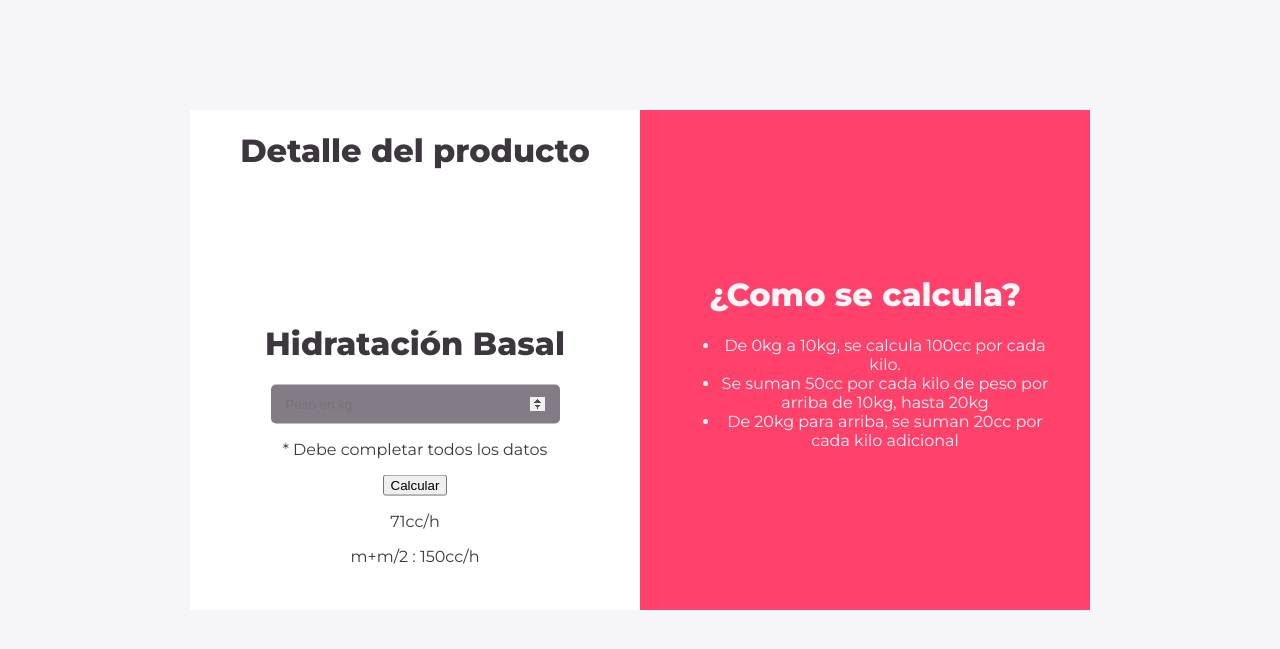
Repository: Fredy452/calculadora_basal
Page: index.html
These files come from the project's save history. The page is drawn as it stood at one moment and after the next save; the edit follows.
The browser window is 1280 px wide. The pictures show the whole page.
The pointer rests on the first visible `input`.

Above is the page before, as saved 2023-04-21 07:55:48.

### index.html
<!DOCTYPE html>
<html lang="en">
<head>
    <meta charset="UTF-8">
    <meta http-equiv="X-UA-Compatible" content="IE=edge">
    <meta name="viewport" content="width=device-width, initial-scale=1.0">
    <title>Calculadora de hidratación</title>
    <link rel="stylesheet" href="style.css">
</head>
<body>
    <div id="contenedor">
        <div id="calculadora">
            <h1>Detalle del producto</h1>
            <div class="contenido">
                <h1>Hidratación Basal</h1>
                <input type="number" name="peso" id="peso" placeholder="Peso en kg">
                <p>* Debe completar todos los datos</p>
                <button>Calcular</button>
                <p>71cc/h</p>
                <p>m+m/2 : 150cc/h</p>
            </div>
        </div>
        <div id="detalle">
            <div class="contenido">
                <h1>¿Como se calcula?</h1>
                <ul>
                    <li>De 0kg a 10kg, se calcula 100cc por cada kilo.</li>
                    <li>Se suman 50cc por cada kilo de peso por arriba de 10kg, hasta 20kg</li>
                    <li>De 20kg para arriba, se suman 20cc por cada kilo adicional</li>
                </ul>
            </div>
        </div>
    </div>
</body>
</html>

### style.css
@import url('https://fonts.googleapis.com/css?family=Montserrat:400,800');

body{
    font-family: 'Montserrat', sans-serif;
    background: #f6f5f7;
    color: #3E363F;
}
#contenedor{
    width: 900px;
    height: 500px;
    position: absolute;
    text-align: center;
    inset: 0;
    margin: auto;
}
#calculadora{
    background: white;
    width: 50%;
    height: 100%;
    float: left;
}
#detalle{
    background: #FF416C;
    width: 50%;
    height: 100%;
    float: left;
    color: #f6f5f7;
}
.contenido{
    /* Centrando el contenido de los divs */
    position: relative;
    top: 50%;
    transform: translateY(-50%);
    overflow: hidden;
    padding: 40px;
}
input{
    width: 70%;
    padding: 12px 15px;
    border: none;
    background-color: #eee;
    outline: none;
    border-radius: 5px;
}
input:hover{
    background-color:#837b85;
}

After the next save:
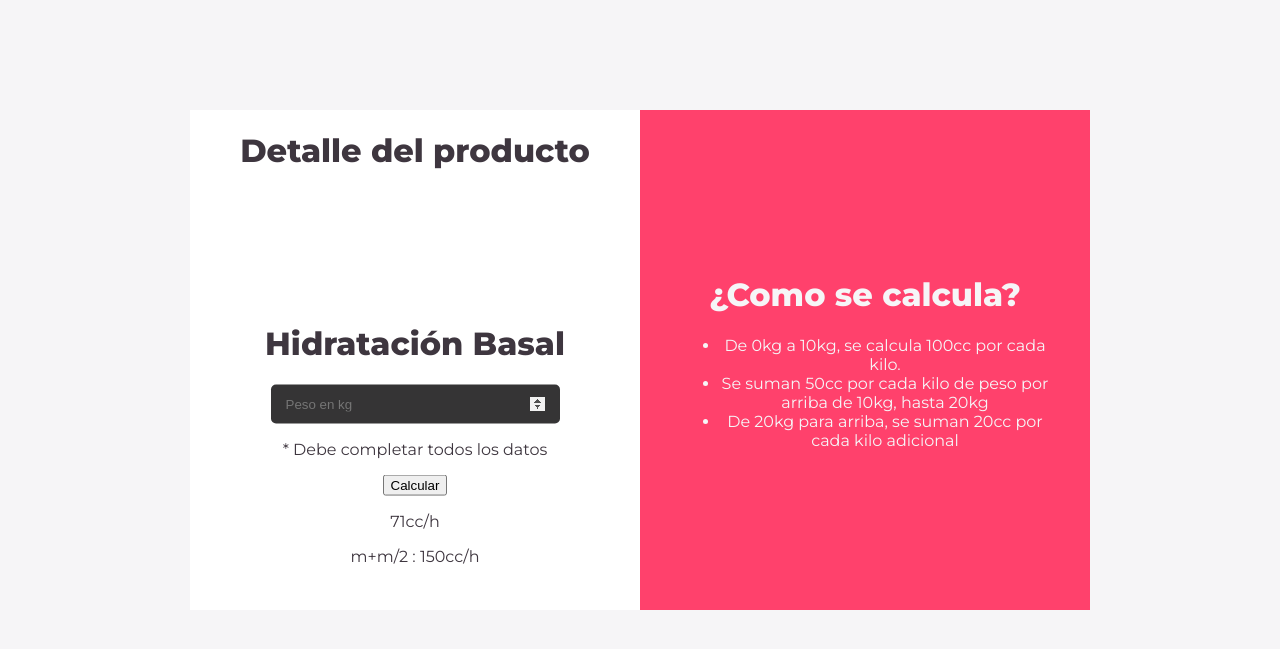
Saved 17 s later.
--- a/style.css
+++ b/style.css
@@ -43,5 +43,5 @@ input{
     border-radius: 5px;
 }
 input:hover{
-    background-color:#837b85;
+    background-color:#353435;
 }
